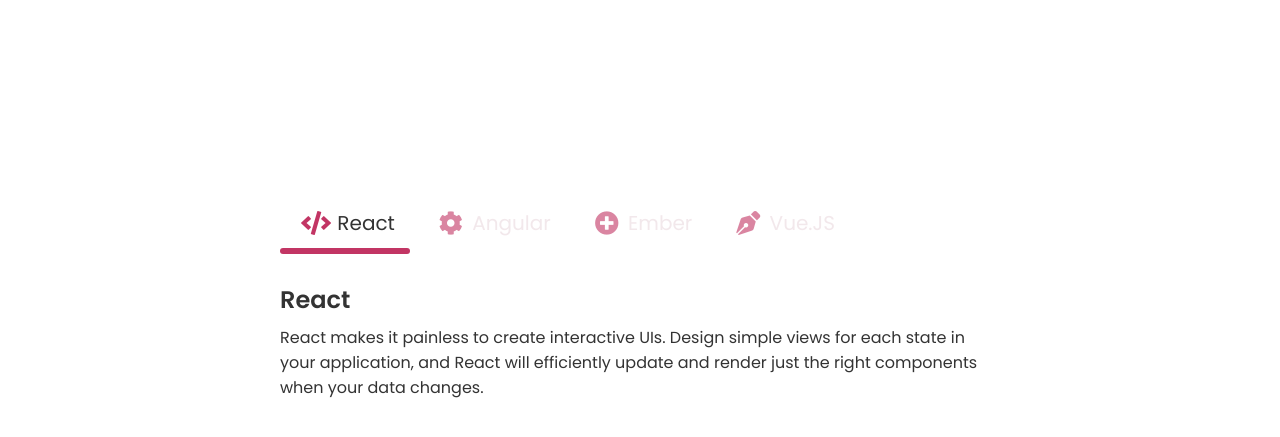
Repository: NguyenMinhTho2207/MT.Shoppe
Page: index-test.html
The author's editor kept a copy of each file at every save. The page is drawn from the files as they stood at one save, then again after the next save.
The browser window is 1280 px wide. The pictures show the whole page.

Above is the page before, as saved 2021-11-30 09:28:05.

### index-test.html
<!DOCTYPE html>
<html lang="en">
<head>
  <meta charset="UTF-8">
  <meta http-equiv="X-UA-Compatible" content="IE=edge">
  <meta name="viewport" content="width=device-width, initial-scale=1.0">
  <title>Document</title>
  <link rel="preconnect" href="https://fonts.gstatic.com">
<link rel="stylesheet" href="https://cdnjs.cloudflare.com/ajax/libs/font-awesome/5.15.2/css/all.min.css"
  integrity="sha512-HK5fgLBL+xu6dm/Ii3z4xhlSUyZgTT9tuc/hSrtw6uzJOvgRr2a9jyxxT1ely+B+xFAmJKVSTbpM/CuL7qxO8w=="
  crossorigin="anonymous" />
<link href="https://fonts.googleapis.com/css2?family=Poppins:wght@300;400;500;600&display=swap" rel="stylesheet">
<link rel="stylesheet" href="/styleTest.css">
</head>
<body>
  <div>
    <!-- Tab items -->
    <div class="tabs">
      <div class="tab-item active">
        <i class="tab-icon fas fa-code"></i>
        React
      </div>
      <div class="tab-item">
        <i class="tab-icon fas fa-cog"></i>
        Angular
      </div>
      <div class="tab-item">
        <i class="tab-icon fas fa-plus-circle"></i>
        Ember
      </div>
      <div class="tab-item">
        <i class="tab-icon fas fa-pen-nib"></i>
        Vue.JS
      </div>
      <div class="line"></div>
    </div>

    <!-- Tab content -->
    <div class="tab-content">
      <div class="tab-pane active">
        <h2>React</h2>
        <p>React makes it painless to create interactive UIs. Design simple views for each state in your application, and
          React will efficiently update and render just the right components when your data changes.</p>
      </div>
      <div class="tab-pane">
        <h2>Angular</h2>
        <p>Angular is an application design framework and development platform for creating efficient and sophisticated
          single-page apps.</p>
      </div>
      <div class="tab-pane">
        <h2>Ember</h2>
        <p>Ember.js is a productive, battle-tested JavaScript framework for building modern web applications. It includes
          everything you need to build rich UIs that work on any device.</p>
      </div>
      <div class="tab-pane">
        <h2>Vue.js</h2>
        <p>Vue (pronounced /vjuː/, like view) is a progressive framework for building user interfaces. Unlike other
          monolithic frameworks, Vue is designed from the ground up to be incrementally adoptable. </p>
      </div>
    </div>
  </div>
  <script>
    const $ = document.querySelector.bind(document)
    const $$ = document.querySelectorAll.bind(document)
    const tabs = $$('.tab-item');
    const panes = $$('.tab-pane');
    const tabOffset = $('.tab-item.active')
    const lineActive = $('.tabs .line')
    lineActive.style.left = tabOffset.offsetLeft + 'px';
    lineActive.style.width = tabOffset.offsetWidth + 'px';

    tabs.forEach((tab, index) => {
      tab.onclick = function () {
        const pane = panes[index];
        $('.tab-item.active').classList.remove('active');
        $('.tab-pane.active').classList.remove('active');
        lineActive.style.left = this.offsetLeft + 'px';
        lineActive.style.width = this.offsetWidth + 'px';
        this.classList.add('active')
        pane.classList.add('active');

      }
    })
  </script>
</body>

### styleTest.css
* {
  padding: 0;
  margin: 0;
  box-sizing: border-box;
}
body {
  display: flex;
  font-family: "Poppins", sans-serif;
}
body > div {
  margin: 15% auto 0;
  max-width: 720px;
}
.tabs {
  display: flex;
  position: relative;
}
.tabs .line {
  position: absolute;
  left: 0;
  bottom: 0;
  width: 0;
  height: 6px;
  border-radius: 15px;
  background-color: #c23564;
  transition: all 0.2s ease;
}
.tab-item {
  min-width: 80px;
  padding: 16px 20px 11px 20px;
  font-size: 20px;
  text-align: center;
  color: #ebd9df;
  background-color: #fff;
  border-top-left-radius: 5px;
  border-top-right-radius: 5px;
  border-bottom: 5px solid transparent;
  opacity: 0.6;
  cursor: pointer;
  transition: all 0.5s ease;
}
.tab-icon {
  font-size: 24px;
  width: 32px;
  position: relative;
  top: 2px;
  color: #c23564;
}
.tab-item:hover {
  opacity: 1;
  background-color: rgba(194, 53, 100, 0.05);
  border-color: rgba(194, 53, 100, 0.1);
}
.tab-item.active {
  opacity: 1;
  color: #333;
}
.tab-content {
  padding: 28px 0;
}
.tab-pane {
  color: #333;
  display: none;
}
.tab-pane.active {
  display: block;
}
.tab-pane h2 {
  font-size: 24px;
  margin-bottom: 8px;
}

After the next save:
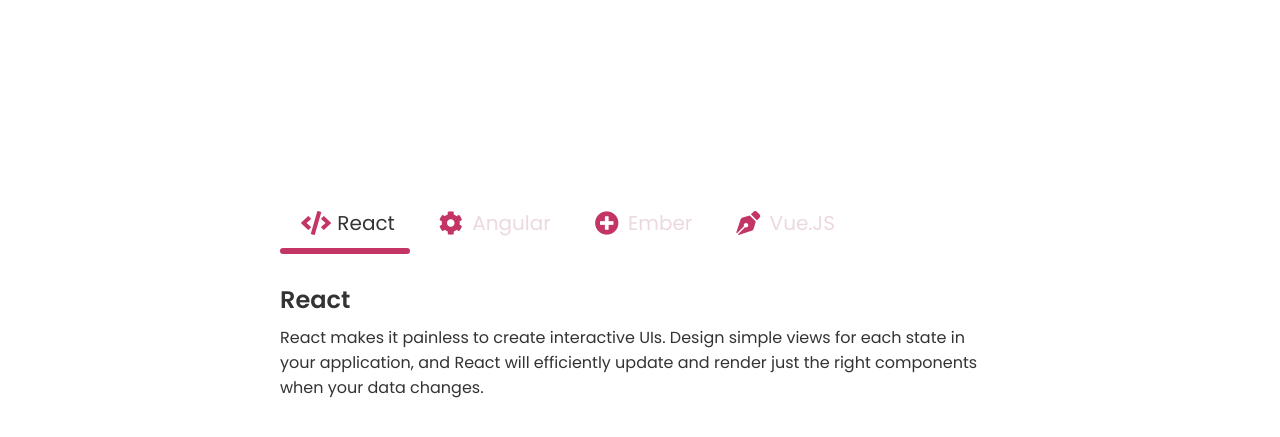
Saved 38 s later.
--- a/styleTest.css
+++ b/styleTest.css
@@ -35,7 +35,7 @@
   border-top-left-radius: 5px;
   border-top-right-radius: 5px;
   border-bottom: 5px solid transparent;
-  opacity: 0.6;
+  /* opacity: 0.6; */
   cursor: pointer;
   transition: all 0.5s ease;
 }

After the save that followed:
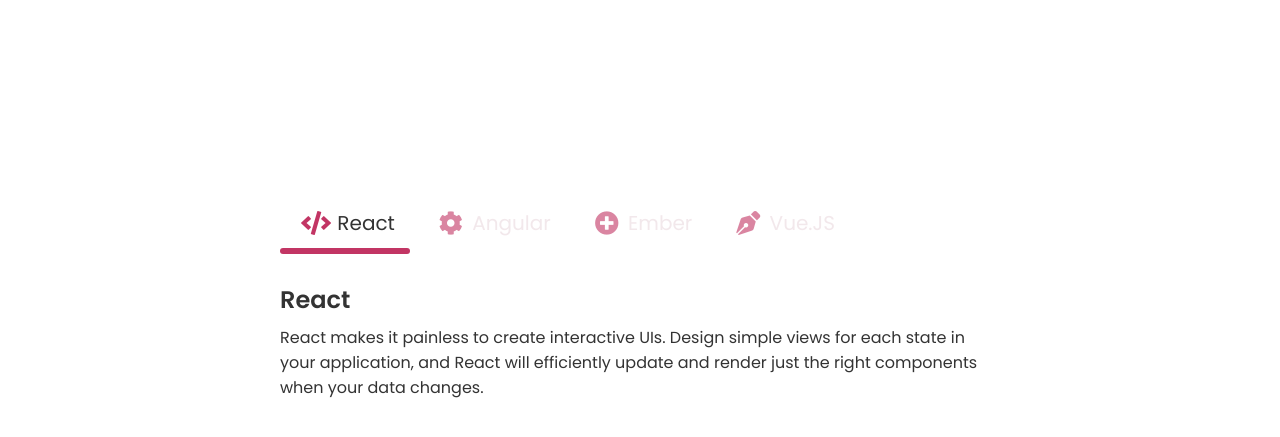
Saved 6 s later.
--- a/styleTest.css
+++ b/styleTest.css
@@ -35,7 +35,7 @@
   border-top-left-radius: 5px;
   border-top-right-radius: 5px;
   border-bottom: 5px solid transparent;
-  /* opacity: 0.6; */
+  opacity: 0.6;
   cursor: pointer;
   transition: all 0.5s ease;
 }
